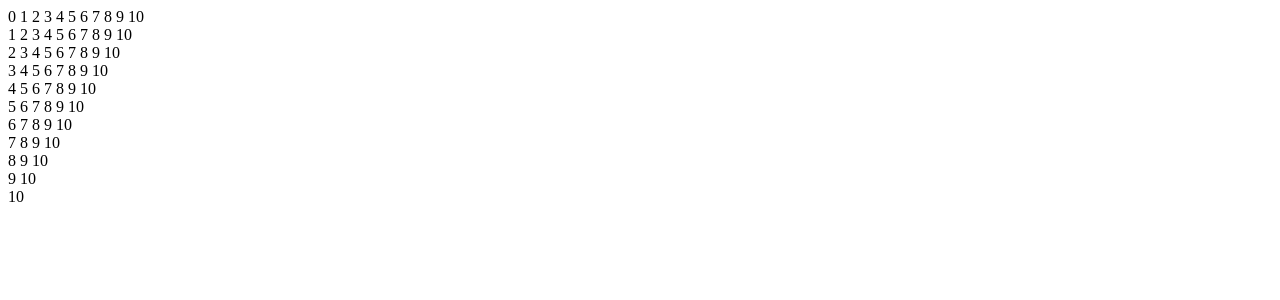
Repository: dinhconglam2306/frontend_tu_xa
Page: B07/Exercise-shape/index.html
An editor plug-in stored every save of this project. The page is shown before and after the next save, followed by the edit.
The browser window is 1280 px wide. The pictures show the whole page.

Above is the page before, as saved 2021-04-14 20:35:26.

### B07/Exercise-shape/index.html
<!DOCTYPE html>
<html lang="en">
  <head>
    <meta charset="UTF-8" />
    <meta http-equiv="X-UA-Compatible" content="IE=edge" />
    <meta name="viewport" content="width=device-width, initial-scale=1.0" />
    <title>Document</title>
  </head>
  <body>
    <script type="text/javascript" src="js/main.js"></script>
  </body>
</html>

### B07/Exercise-shape/js/main.js
let height = 10;
let space = " ";

for (let i = 0; i <= height; i++) {
  let string = "";
  if (i < height) {
    string = i + space;
  } else {
    string = i;
  }
  for (let j = i + 1; j <= height; j++) {
    if (j < height) {
      string += j + space;
    } else {
      string += j;
    }
  }
  document.write(string + "<br>");
}

After the next save:
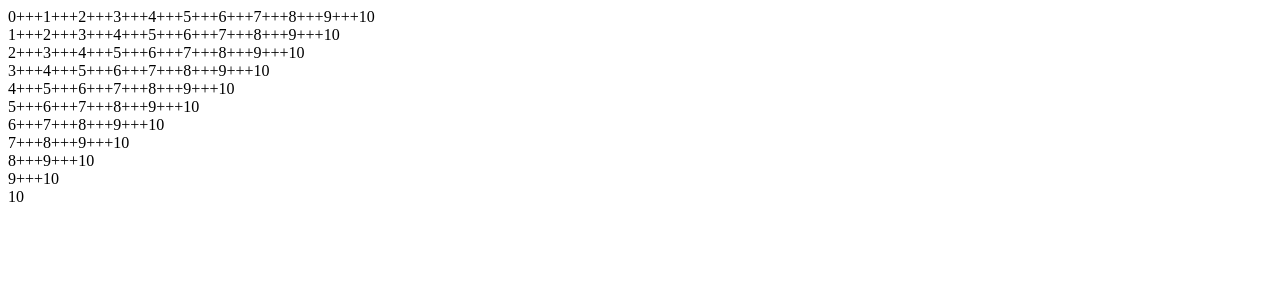
Saved 8 s later.
--- a/B07/Exercise-shape/js/main.js
+++ b/B07/Exercise-shape/js/main.js
@@ -1,5 +1,5 @@
 let height = 10;
-let space = " ";
+let space = "+++";
 
 for (let i = 0; i <= height; i++) {
   let string = "";
